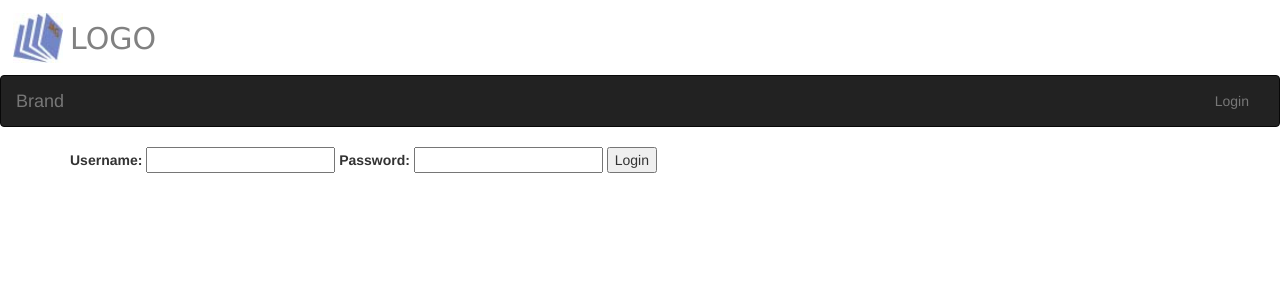
Repository: joaco0808/proy01
Page: Client/index.html
The author's editor kept a record of every edit. The page is drawn from the files as they stood at one moment, then again after the next edit.
The browser window is 1280 px wide. The pictures show the whole page.
The page's requests for data from a server got no answer. Some web libraries are served in a nearby version.

Above is the page before.

After the next edit:
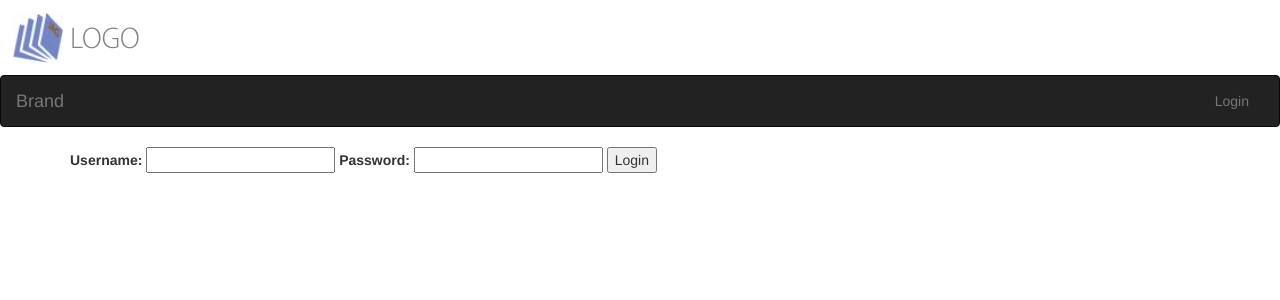
The edit:
--- a/Client/app/styles/main.css
+++ b/Client/app/styles/main.css
@@ -25,6 +25,7 @@
     height: 50px;
 }
 .logo-name {
+    font-family: MyriadSetPro-Thin;
     float: left;
     padding: 5px 0 0 7px;
 }
